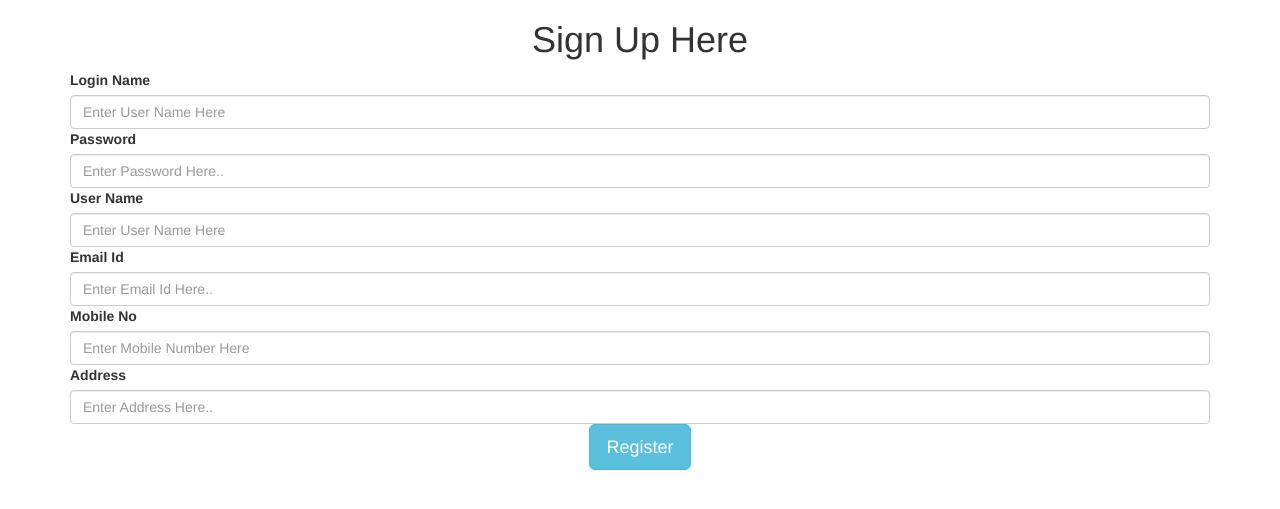
Repository: ManaliSant/Project-2-
Page: InteractionFrontEnd/WebContent/web/c_user/SignUp.html
An editor plug-in stored every save of this project. The page is shown before and after the next save, followed by the edit.
The browser window is 1280 px wide. The pictures show the whole page.

Above is the page before, as saved 2018-12-17 11:24:24.
Console error: ReferenceError: myApp is not defined

### InteractionFrontEnd/WebContent/web/c_user/SignUp.html
<!DOCTYPE html>
<html lang="en">
<head>
<title>LoginPage</title>
<meta charset="utf-8">
<meta name="viewport" content="width=device-width, initial-scale=1">
<link rel="stylesheet"
	href="https://maxcdn.bootstrapcdn.com/bootstrap/3.3.7/css/bootstrap.min.css">
<script
	src="https://ajax.googleapis.com/ajax/libs/jquery/3.3.1/jquery.min.js"></script>
<script
	src="https://maxcdn.bootstrapcdn.com/bootstrap/3.3.7/js/bootstrap.min.js"></script>
	<script src="web/c_user/UserController.js"></script>
</head>

<div class="container" ng-controller="UserController">

	<h1>
		<center>Sign Up Here</center>
	</h1>

	<div>
		<div>
			<form>
				<div>
					<div>
						<div>
							<label>Login Name</label> <input type="text" name="loginname"
								placeholder="Enter User Name Here" ng-model="user.loginname"
								class="form-control">
						</div>
						<div>
							<label>Password</label> <input type="password" name="password"
								placeholder="Enter Password Here.." ng-model="user.password"
								class="form-control">
						</div>
					</div>
					<div>
						<div>
							<label>User Name</label> <input type="text" name="username"
								placeholder="Enter User Name Here" ng-model="user.username"
								class="form-control">
						</div>
						<div>
							<label>Email Id</label> <input type="email" name="emailid"
								placeholder="Enter Email Id Here.." ng-model="user.emailid"
								class="form-control">
						</div>
					</div>

					<div>
						<div>
							<label>Mobile No</label> <input type="text" name="mobileno"
								placeholder="Enter Mobile Number Here" ng-model="user.mobileno"
								class="form-control">
						</div>
						<div>
							<label>Address</label> <input type="text" name="address"
								placeholder="Enter Address Here.." ng-model="user.address"
								class="form-control">
						</div>
					</div>

					<center>
						<input type="submit" value="Register" class="btn btn-lg btn-info"
							ng-click="register()" />
					</center>
				</div>
			</form>
		</div>
	</div>
</div>
</html>

### InteractionFrontEnd/WebContent/web/c_user/UserController.js
myApp.controller("UserController",function($scope,$http,$location,$rootScope,$cookieStore)
{

	$scope.user={'loginname':'','password':'','username':'','emailid':'','mobileno':'','address':'','role':''};

	$scope.registerUser=function()
	{
		console.log('Enter the Register Function');
		$scope.User.role='ROLE_USER';
		$http.post('http://localhost:8083/InteractionMiddleware/registerUser',$scope.user)
			.then(function(response)
			{
				console.log('Registered');
				$location.path("/login");
			});
	}

	$scope.logincheck=function()
	{
		console.log('Enter the Login Check Function')
		$http.post('http://localhost:8083/InteractionMiddleware/checkUser',$scope.user)
		.then(function(response)
		{
			console.log('Login Checked');
			$scope.User=response.data;
			$rootScope.currentUser=response.data;
			$cookieStore.put('userDetails',response.data);
			console.log($rootScope.currentUser);
			$location.path("/userhome");
		});
	}

	$scope.logout=function()
	{
		console.log('I am in logout Function');
		delete $rootScope.currentUser;
		$cookieStore.remove('userDetails');
		$location.path("/logout");
	}


});

After the next save:
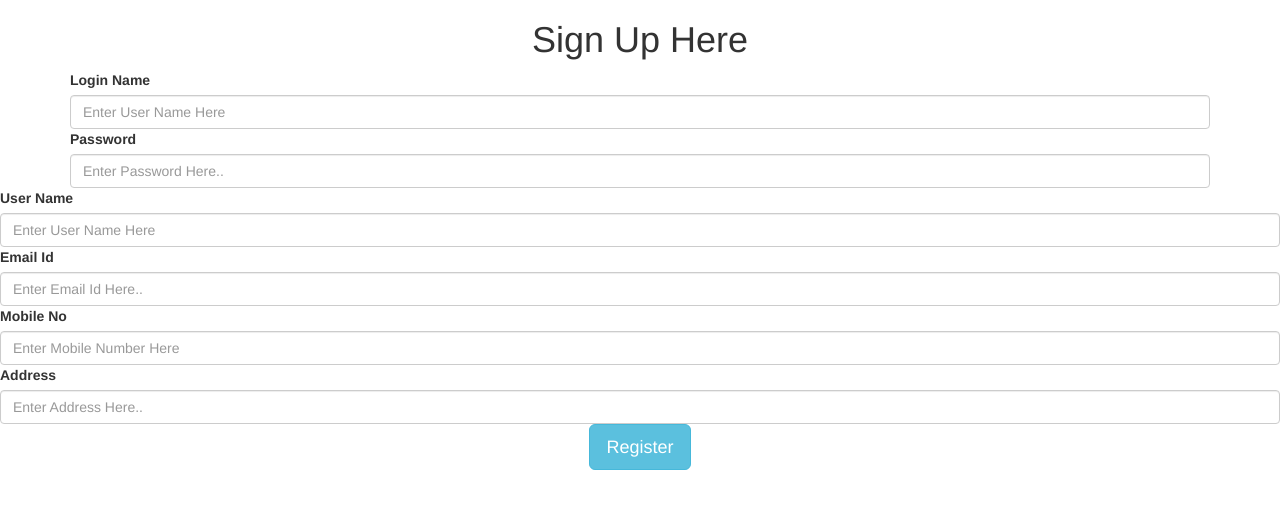
Saved 6 min 35 s later.
--- a/InteractionFrontEnd/WebContent/web/c_user/SignUp.html
+++ b/InteractionFrontEnd/WebContent/web/c_user/SignUp.html
@@ -19,11 +19,9 @@
 		<center>Sign Up Here</center>
 	</h1>
 
-	<div>
-		<div>
+
 			<form>
-				<div>
-					<div>
+
 						<div>
 							<label>Login Name</label> <input type="text" name="loginname"
 								placeholder="Enter User Name Here" ng-model="user.loginname"
@@ -67,7 +65,5 @@
 					</center>
 				</div>
 			</form>
-		</div>
-	</div>
-</div>
+
 </html>

After the save that followed:
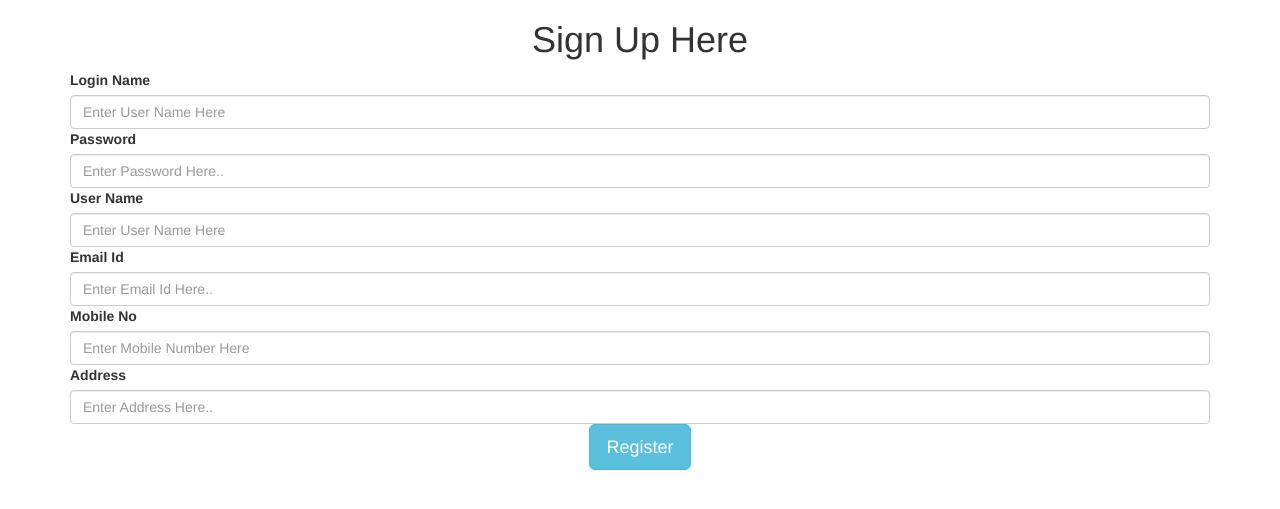
Saved 51 s later.
--- a/InteractionFrontEnd/WebContent/web/c_user/SignUp.html
+++ b/InteractionFrontEnd/WebContent/web/c_user/SignUp.html
@@ -32,8 +32,8 @@
 								placeholder="Enter Password Here.." ng-model="user.password"
 								class="form-control">
 						</div>
-					</div>
-					<div>
+
+
 						<div>
 							<label>User Name</label> <input type="text" name="username"
 								placeholder="Enter User Name Here" ng-model="user.username"
@@ -44,9 +44,7 @@
 								placeholder="Enter Email Id Here.." ng-model="user.emailid"
 								class="form-control">
 						</div>
-					</div>
 
-					<div>
 						<div>
 							<label>Mobile No</label> <input type="text" name="mobileno"
 								placeholder="Enter Mobile Number Here" ng-model="user.mobileno"
@@ -57,13 +55,13 @@
 								placeholder="Enter Address Here.." ng-model="user.address"
 								class="form-control">
 						</div>
-					</div>
+
 
 					<center>
 						<input type="submit" value="Register" class="btn btn-lg btn-info"
 							ng-click="register()" />
 					</center>
-				</div>
+
 			</form>
-
+		</div>
 </html>
